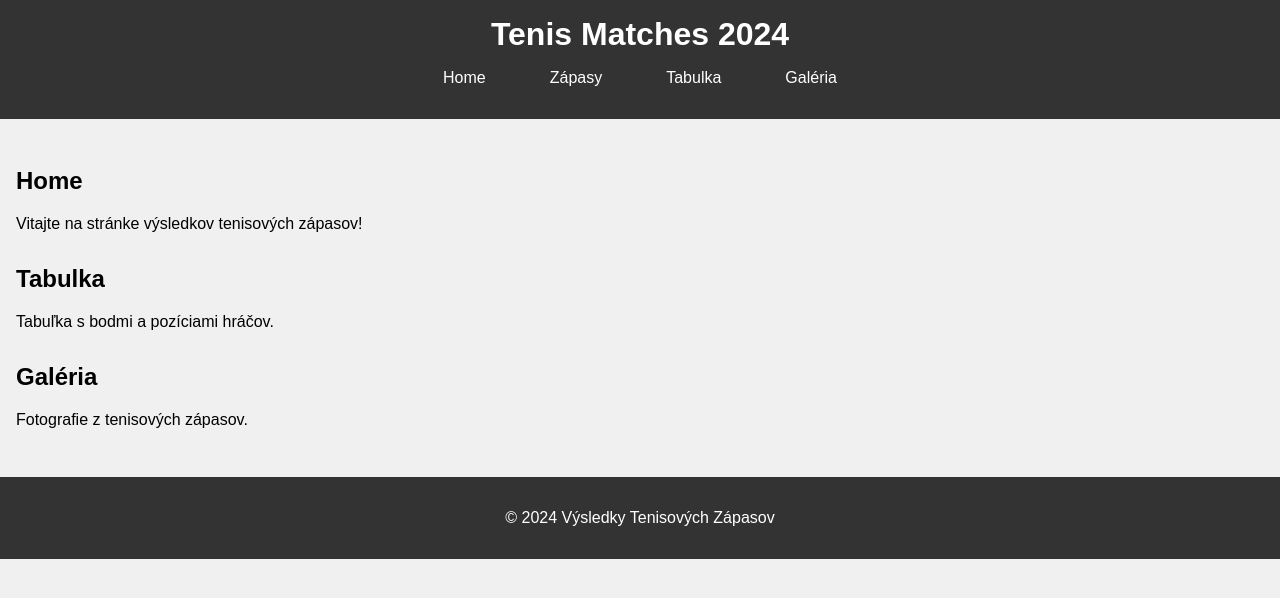
Repository: Badynko/tenis
Page: index.html
An editor plug-in stored every save of this project. The page is shown before and after the next save, followed by the edit.
The browser window is 1280 px wide. The pictures show the whole page.

Above is the page before, as saved 2024-07-05 09:20:37.

After the next save:
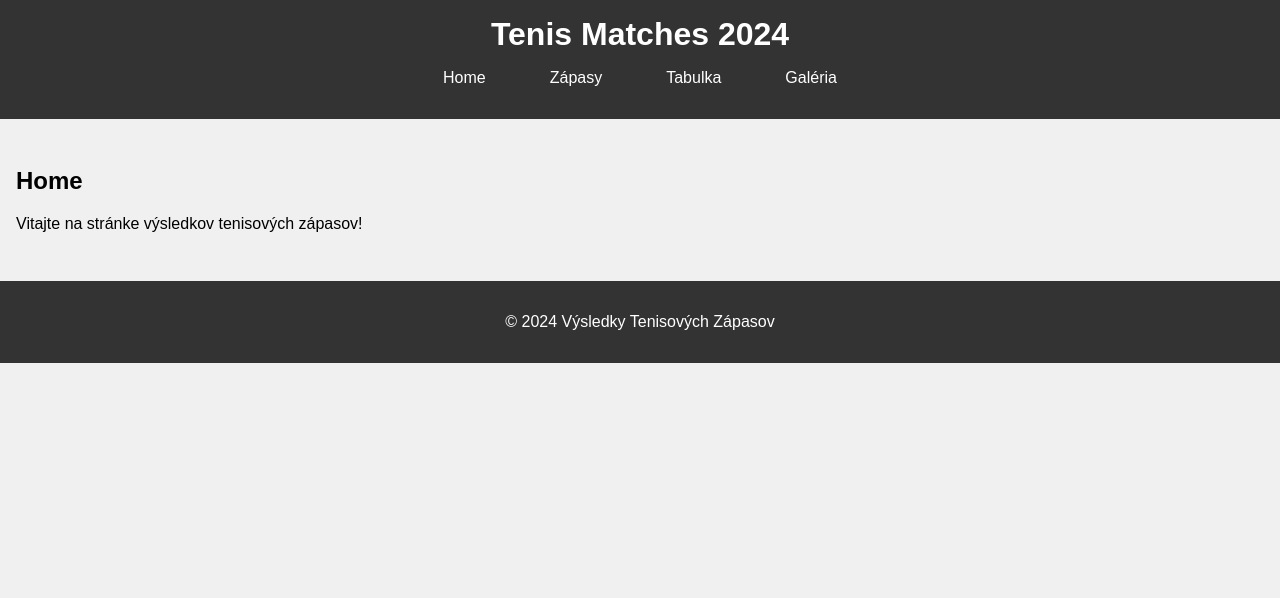
Saved 19 s later.
--- a/index.html
+++ b/index.html
@@ -23,15 +23,6 @@
         <h2>Home</h2>
         <p>Vitajte na stránke výsledkov tenisových zápasov!</p>
       </section>
-
-      <section id="tabulka">
-        <h2>Tabulka</h2>
-        <p>Tabuľka s bodmi a pozíciami hráčov.</p>
-      </section>
-      <section id="galeria">
-        <h2>Galéria</h2>
-        <p>Fotografie z tenisových zápasov.</p>
-      </section>
     </main>
     <footer>
       <p>&copy; 2024 Výsledky Tenisových Zápasov</p>
